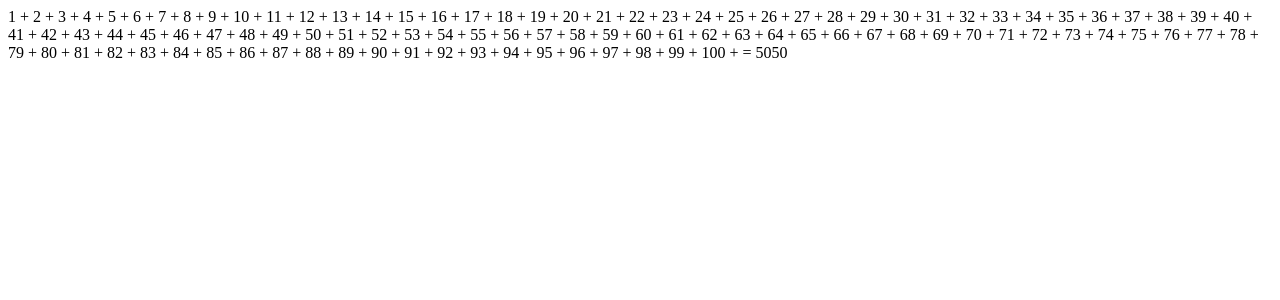
Repository: bjKim2/JSP
Page: http://localhost/JSP/Ex02.jsp
An editor plug-in stored every save of this project. The page is shown before and after the next save, followed by the edit.
The browser window is 1280 px wide. The pictures show the whole page.
The page is served by Tomcat 9.

Above is the page before, as saved 2022-03-15 07:02:34.

After the next save:
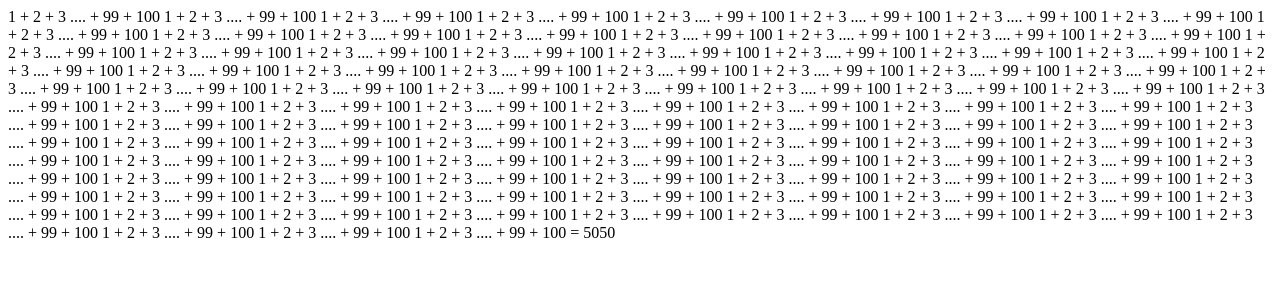
Saved 3 min 58 s later.
--- a/JSP/src/main/webapp/Ex02.jsp
+++ b/JSP/src/main/webapp/Ex02.jsp
@@ -33,12 +33,15 @@
 	int sum=0;
 	while(true){
 		sum +=k;
+
 	%>
 
+	1 + 2 + 3 .... + 99 + 100
 
-	<%=k %> +
 
 	<%
+
+
 		if (k==100){
 			out.print(" = " + sum );
 			break;
